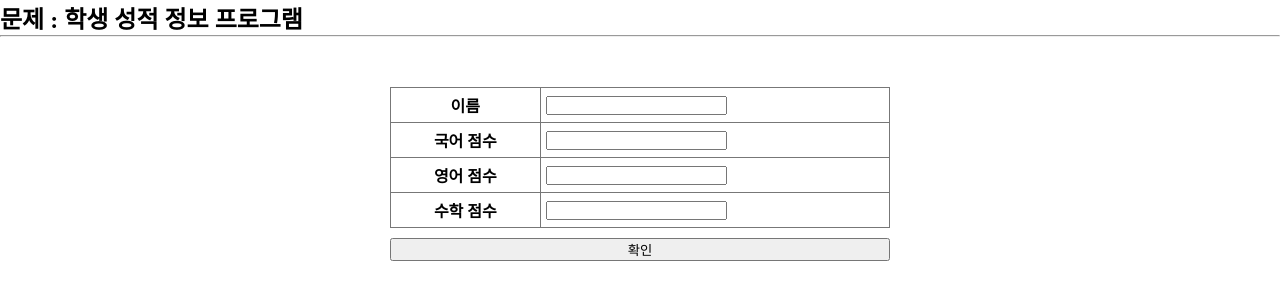
Repository: hyunh84/jsp_study
Page: http://localhost/Day02/j09_script01.jsp
These files come from the project's save history. The page is drawn as it stood at one moment and after the next save; the edit follows.
The browser window is 1280 px wide. The pictures show the whole page.
The page is served by Tomcat 9.

Above is the page before, as saved 2015-09-06 04:21:52.

After the next save:
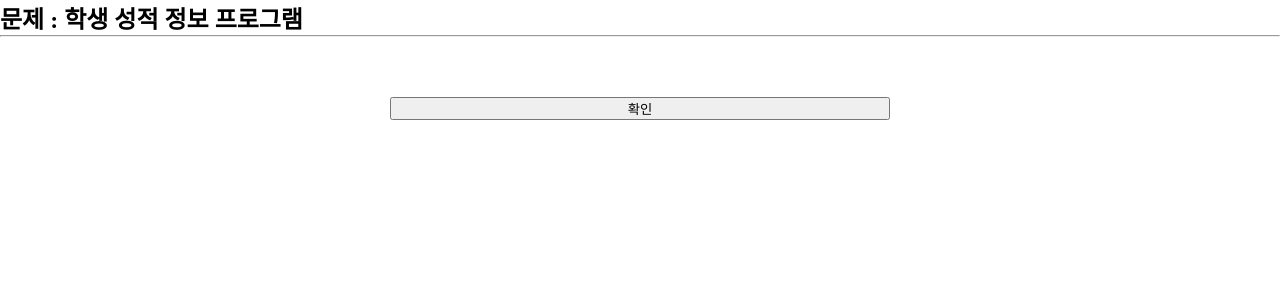
Saved 62 s later.
--- a/MyWorks/Day02/WebContent/j09_script01.jsp
+++ b/MyWorks/Day02/WebContent/j09_script01.jsp
@@ -21,45 +21,33 @@
 
 	<%--
 
-		1. 다음의 학색정보가 입력되도록 작성
-
-			- 이름, 국어, 영어, 수학점수
-
-		2. 02page로 전송
-
-			- form, post, table 사용
-
-		3. 02페이지 출력
-			- 전송된 정보를 바탕으로 총점, 평균을 산출
-			- 전체정보 (입력정보 + 총점 + 평균 ) 출력
-
 	 --%>
 	<form action="j08_Quize02.jsp" method="post">
 		<div style="width:500px; margin:50px auto 0;">
-			<table style="width:100%;">
-				<colgroup>
-					<col style="width:30%;" />
-					<col style="width:70%;" />
-				</colgroup>
-				<tbody>
-					<tr>
-						<th>이름</th>
-						<td><input type="text" name="name" /></td>
-					</tr>
-					<tr>
-						<th>국어 점수</th>
-						<td><input type="text" name="ko" /></td>
-					</tr>
-					<tr>
-						<th>영어 점수</th>
-						<td><input type="text" name="en" /></td>
-					</tr>
-					<tr>
-						<th>수학 점수</th>
-						<td><input type="text" name="math" /></td>
-					</tr>
-				</tbody>
-			</table>
+<!-- 			<table style="width:100%;"> -->
+<!-- 				<colgroup> -->
+<!-- 					<col style="width:30%;" /> -->
+<!-- 					<col style="width:70%;" /> -->
+<!-- 				</colgroup> -->
+<!-- 				<tbody> -->
+<!-- 					<tr> -->
+<!-- 						<th>이름</th> -->
+<!-- 						<td><input type="text" name="name" /></td> -->
+<!-- 					</tr> -->
+<!-- 					<tr> -->
+<!-- 						<th>국어 점수</th> -->
+<!-- 						<td><input type="text" name="ko" /></td> -->
+<!-- 					</tr> -->
+<!-- 					<tr> -->
+<!-- 						<th>영어 점수</th> -->
+<!-- 						<td><input type="text" name="en" /></td> -->
+<!-- 					</tr> -->
+<!-- 					<tr> -->
+<!-- 						<th>수학 점수</th> -->
+<!-- 						<td><input type="text" name="math" /></td> -->
+<!-- 					</tr> -->
+<!-- 				</tbody> -->
+<!-- 			</table> -->
 			<button type="submit" style="width:100%; margin:10px 0 0;">확인</button>
 		</div>
 	</form>
